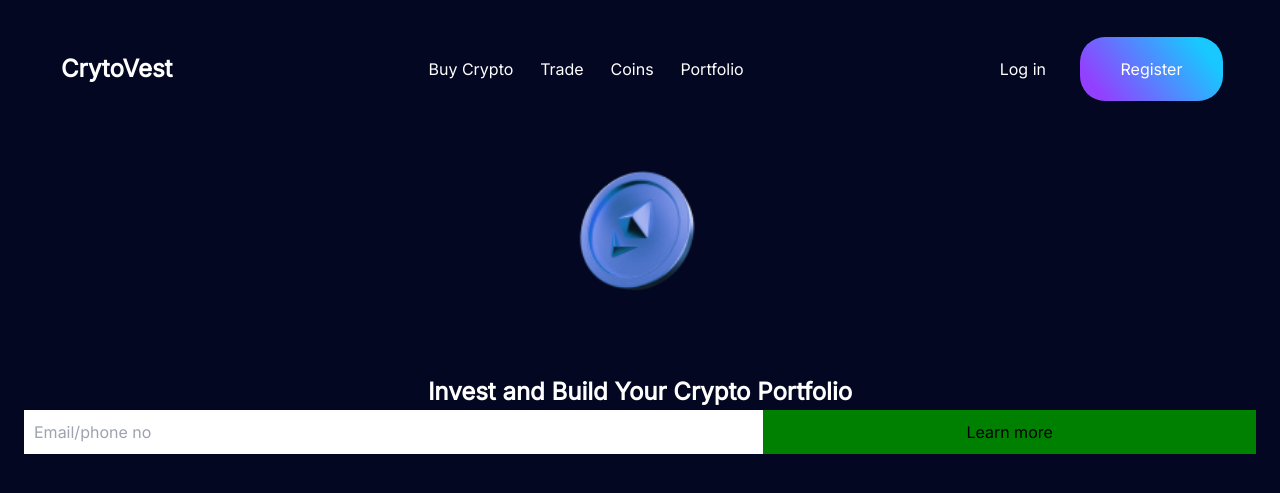
Repository: Eugene44-hub/cryptovest
Page: /
These files come from the project's save history. The page is drawn as it stood at one moment and after the next save; the edit follows.
The browser window is 1280 px wide. The pictures show the whole page.
The project was rebuilt for these pictures with package versions that can differ from the ones it lists, and the page was loaded fresh each time. Also part of the build but not shown: vite.config.ts.

Above is the page before, as saved 2022-07-15 17:53:05.

After the next save:
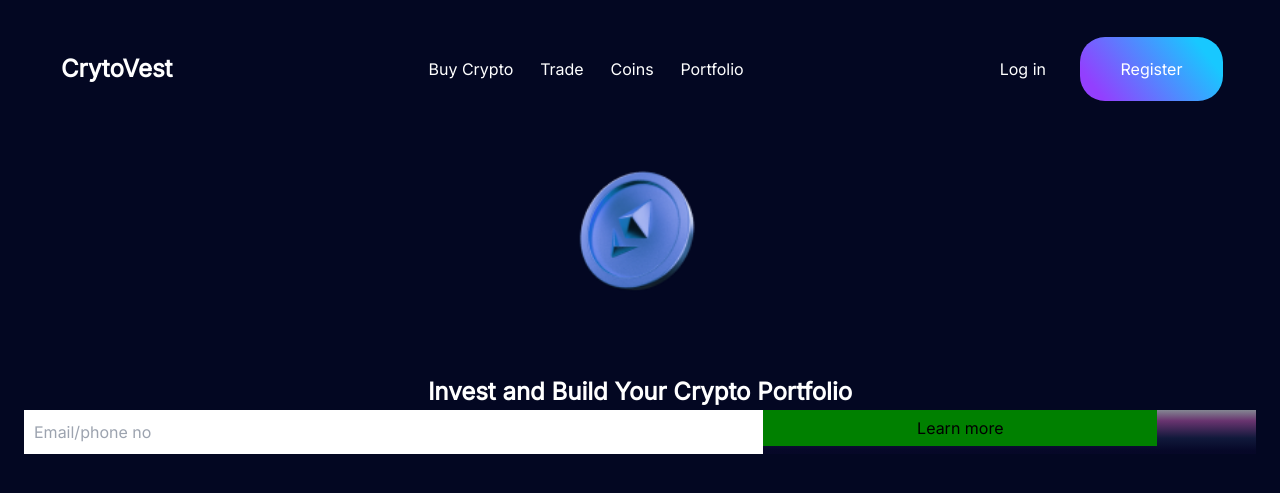
Saved 39 s later.
--- a/src/components/hero/Hero.tsx
+++ b/src/components/hero/Hero.tsx
@@ -18,7 +18,7 @@
           <div className=' flex rounded-[25px]  '>
           <input  type="text" className='p-[10px] w-[60%]' placeholder='Email/phone no' />
           <div className={`${styles.btnContainer} flex-1`}>
-          <button className={`bg-[green] w-full h-full ${styles.inputBtn}`}>
+          <button className={`bg-[green] w-[80%] h-[80%] ${styles.inputBtn}`}>
   Learn more
 </button>
           </div>
